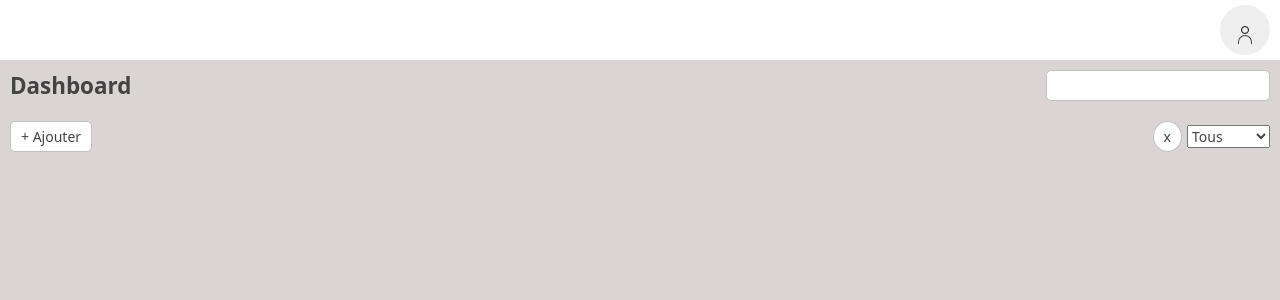
Repository: zpaulange/task_manager
Page: dashboard/index.html
These files come from the project's save history. The page is drawn as it stood at one moment and after a run of saves; the edit follows.
The browser window is 1280 px wide. The pictures show the whole page.

Above is the page before, as saved 2025-03-06 15:00:37.

### dashboard/index.html
<!DOCTYPE html>
<html lang="en">
<head>
    <meta charset="UTF-8">
    <meta name="viewport" content="width=device-width, initial-scale=1.0">
    <link rel="stylesheet" href="../assets/styles/dashboard/style.css">
    <title>Document</title>
</head>
<body>
  <section class="dashboard">
    <div class="dashboard_right">
      <nav class="dashbaord_nav">
        <a href="#" class="dashbaord_nav_avatar">
          <span></span>
        </a>
      </nav>
      <main class="main">
        <div class="main_header">
          <h1 class="main_header_title">Dashboard</h1>
          <input type="search" name="search" class=" main_header_search">
        </div>
        <div class="main_header_actions">
          <div class="main_header_actions_left">
            <button class="main_header_actions_btn">+ Ajouter</button>
          </div>
          <div class="main_header_actions_right">
            <button class="main_header_actions_right_btnDel">x</button>
            <select name="filter" class="main_header_actions_right_filter" id="">
              <option value="0">Tous</option>
              <option value="1">En cours</option>
              <option value="2">Annulés</option>
              <option value="3">Terminés</option>
            </select>
          </div>
        </div>
        <!-- <section class="box box-center">

        </section> -->
      </main>
    </div>
  </section>

</body>
</html>

### assets/styles/dashboard/style.css
*{
  margin:0;
  padding:0;
  box-sizing: border-box;
  position:relative;
  font-family: system-ui, sans-serif;
  font-size: 14px;
  color:#434343;
}
body{
  overflow-x: hidden;
}
a{
  text-decoration: none;
}
a:active, a:hover{
  color:#434343;
}
img{
  width: 100%;
  height: auto;
}
ul li{
  list-style: none;
}
input[type="search"],
input[type="text"],
input[type="date"]{
  padding:5px 10px;
  border-radius:5px;
  border:1px solid silver
}
input:focus{
  outline: none;
}

.dashboard{
  min-height: 100vh;
  background-color: #dbd4d4;
}

.dashboard_right{
  min-height: 100vh;
}
.dashbaord_nav{
  background-color: #fff;
  padding:5px 10px;
  display: flex;
  align-items:center;
  justify-content: flex-end;
  z-index: 1000;
  position: sticky;
  top:0;
  left:0;
}
.dashbaord_nav_avatar{
  display: flex;
  align-items: center;
  justify-content: center;
  height:50px;
  width: 50px;
  border-radius:50%;
  background-color: #eee;

}
.dashbaord_nav_avatar span{
  display: inline-block;
  height: 8px;
  width: 8px;
  border-radius:50%;
  border:1px solid #000
}
.dashbaord_nav_avatar span:before{
  content:'';
  position: absolute;
  height: 8px;
  width: 12px;
  border:1px solid;
  left:50%;
  transform: translateX(-50%);
  top:8px;
  border-bottom: none;
  border-top-left-radius: 10px;
  border-top-right-radius: 10px;
}

.main{
  padding:10px;
}
.main_header_title{
  font-size: 1.6rem;
}
.box{
  min-height: calc(100vh - 100px);
  background-color: #fff;
  border-radius:5px;
  padding:10px;
}
.box.box-center{
  display: flex;
  align-items:center;
  justify-content: center;
}

.main_header{
  display: flex;
  justify-content: space-between;
  align-items:center;
  margin-bottom:20px;
}
.main_header_actions{
  display: flex;
  justify-content: space-between;
  align-items:center;
}
.main_header_actions_btn{
  padding:5px 10px;
  border-radius:5px;
  border:1px solid silver;
  background-color: #fff;
  cursor: pointer;
  transition: .2s;
}
.main_header_actions_btn:hover{
  background-color:blue;
  color:#fff;
}
.main_header_actions_right{
  display: flex;
  align-items:center;
  gap:5px;
}
.main_header_actions_right_btnDel{
  padding:5px 10px;
  border-radius:50%;
  border:1px solid silver;
  background-color: #fff;
  cursor: pointer;
  transition: .2s;
  cursor:pointer;
}
.main_header_actions_right_btnDel:hover{
  background-color:red;
  color:#fff;
}

After the next 2 saves:
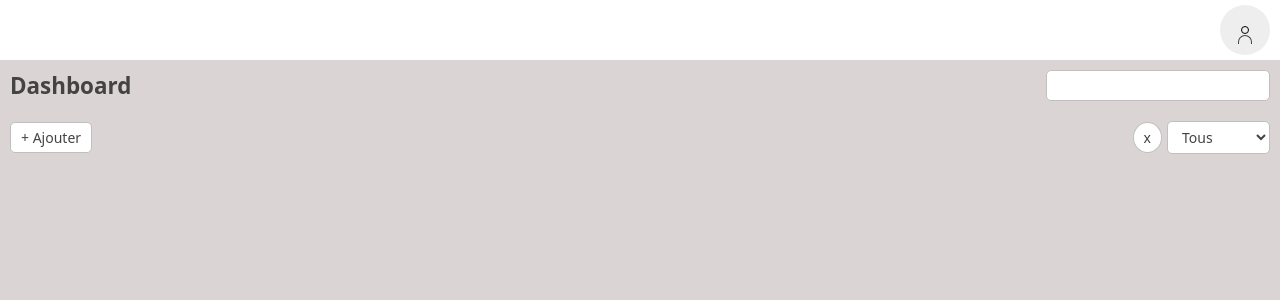
The 2 saves are shown as one change because they came seconds apart.
The last was saved 10 s later.
--- a/assets/styles/dashboard/style.css
+++ b/assets/styles/dashboard/style.css
@@ -143,3 +143,9 @@ input:focus{
   background-color:red;
   color:#fff;
 }
+.main_header_actions_right_filter{
+  padding:5px 10px;
+  border-radius:5px;
+  border:1px solid silver;
+  background-color: #fff;
+}
